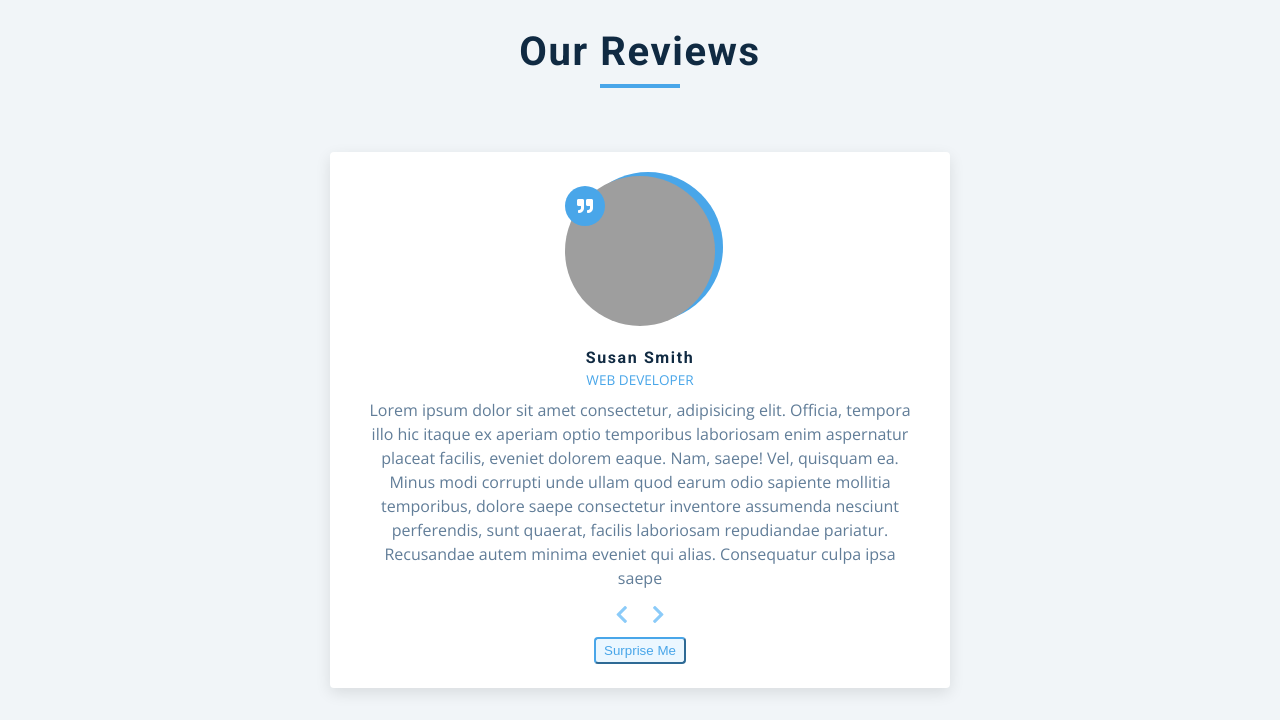
Repository: sunny070/javaScript
Page: Reviews_03/index.html
The author's editor kept a copy of each file at every save. The page is drawn from the files as they stood at one save, then again after a run of saves.
The browser window is 1280 px wide. The pictures show the whole page.
Pictures or frames that could not be fetched are drawn as grey boxes. Some web libraries are served in a nearby version.

Above is the page before, as saved 2023-10-04 12:17:04.

After the next 5 saves:
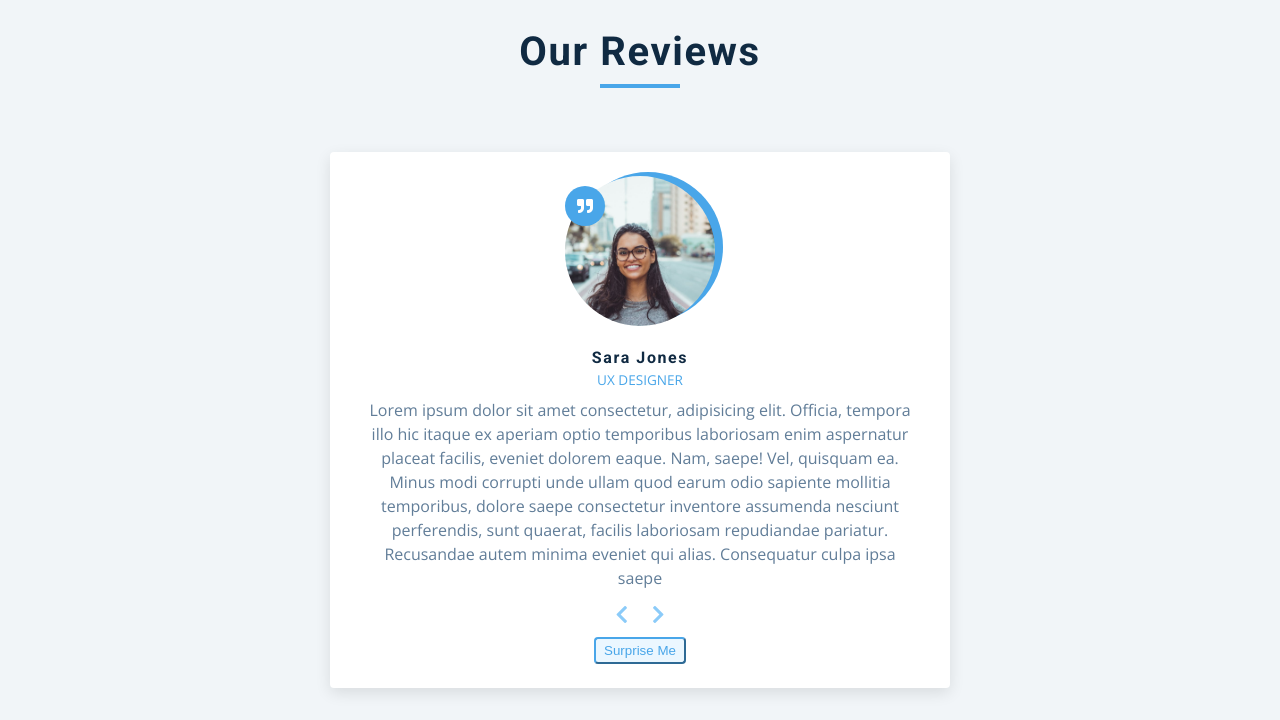
Console error: SyntaxError: Unexpected token '}'
The 5 saves are shown as one change because they came seconds apart.
The last was saved 13 s later.
--- a/Reviews_03/app.js
+++ b/Reviews_03/app.js
@@ -50,5 +50,5 @@
   img.src = item.img;
   author.textContent=item.name;
   job.textContent=item.job;
-
+  info.textContent=item.
 })

After the save that followed:
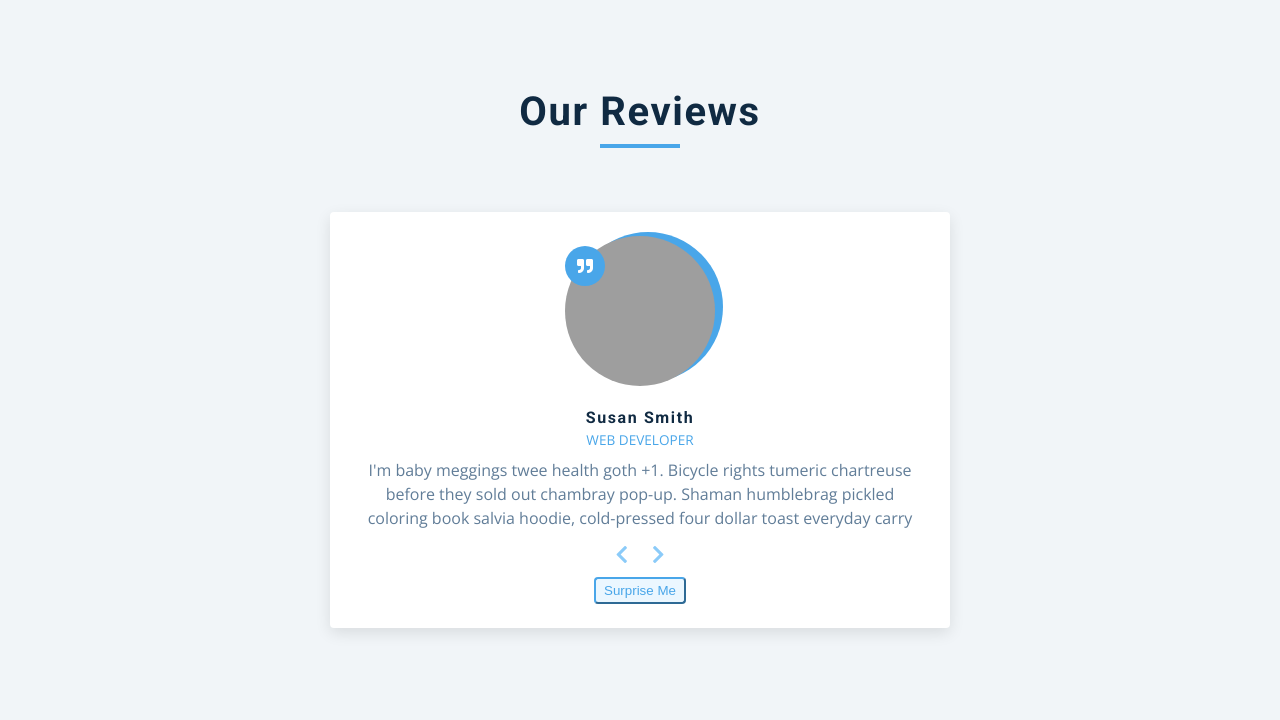
The error is gone.
Saved 4 s later.
--- a/Reviews_03/app.js
+++ b/Reviews_03/app.js
@@ -50,5 +50,5 @@
   img.src = item.img;
   author.textContent=item.name;
   job.textContent=item.job;
-  info.textContent=item.
+  info.textContent=item.text
 })
